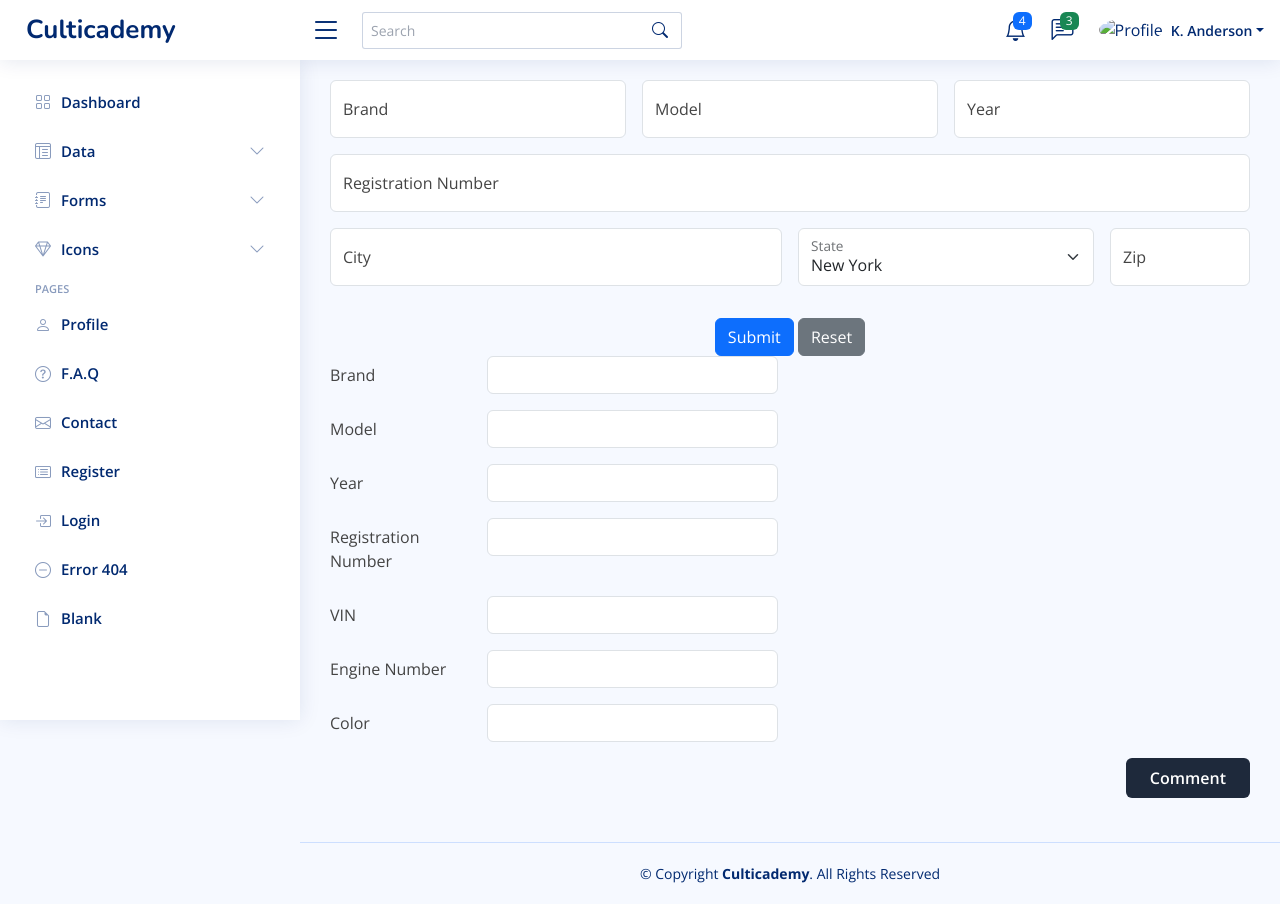
Repository: Jistoper/car_rental
Page: http://localhost/create
An editor plug-in stored every save of this project. The page is shown before and after the next save, followed by the edit.
The browser window is 1280 px wide. The pictures show the whole page.
The page is served by the project's Laravel application, run on PHP 8.4 with Laravel 9. Style sheets and scripts are compiled from the project's sources, by tool versions that may differ from the author's.

Above is the page before, as saved 2023-06-22 14:30:41.

After the next save:
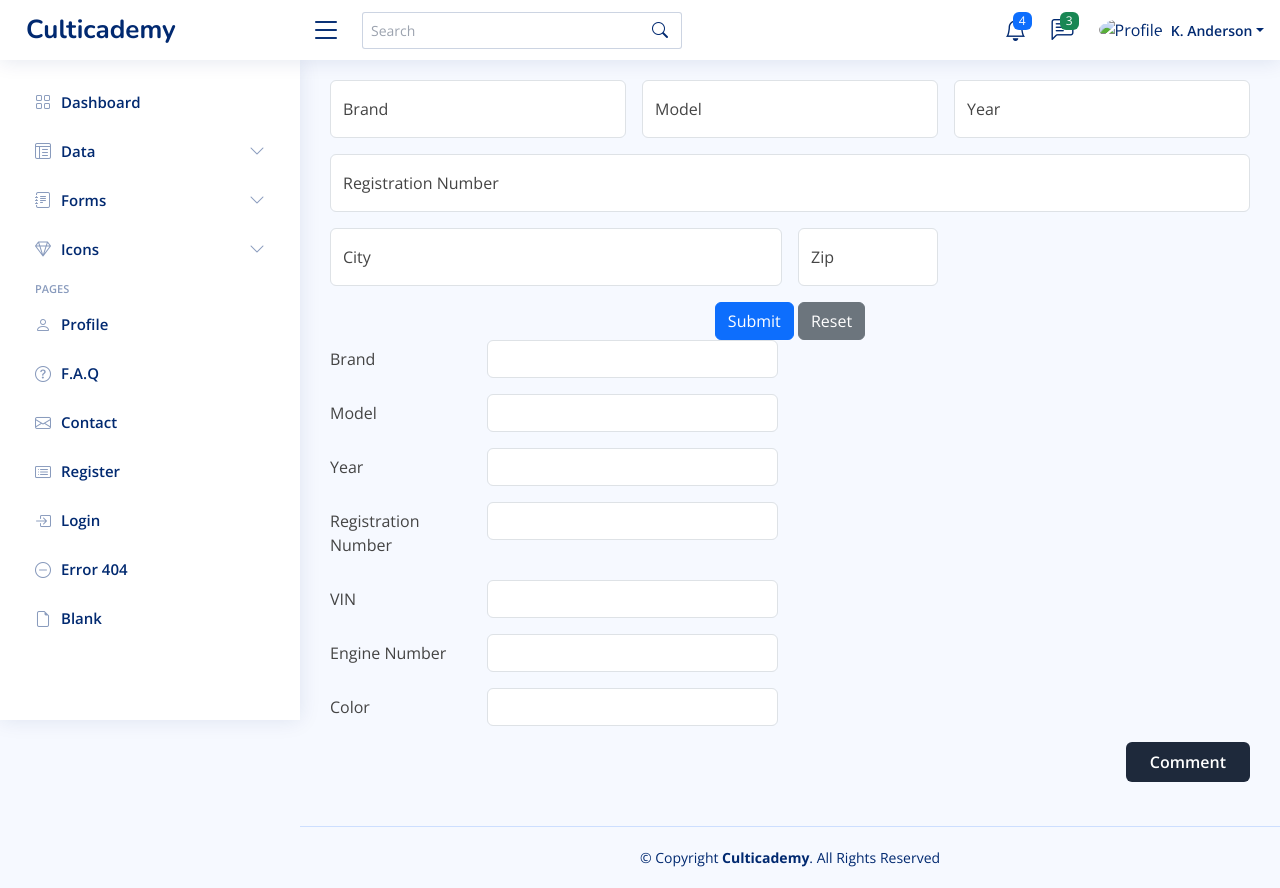
Saved 24 s later.
--- a/resources/views/backsite/content/car/createcar.blade.php
+++ b/resources/views/backsite/content/car/createcar.blade.php
@@ -34,16 +34,6 @@
               <input type="text" class="form-control" id="floatingCity" placeholder="City">
               <label for="floatingCity">City</label>
             </div>
-          </div>
-        </div>
-        <div class="col-md-4">
-          <div class="form-floating mb-3">
-            <select class="form-select" id="floatingSelect" aria-label="State">
-              <option selected>New York</option>
-              <option value="1">Oregon</option>
-              <option value="2">DC</option>
-            </select>
-            <label for="floatingSelect">State</label>
           </div>
         </div>
         <div class="col-md-2">
